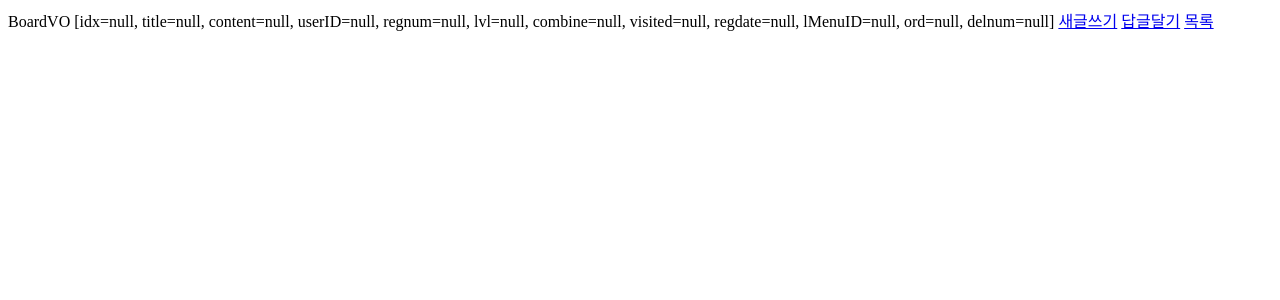
Repository: SniperDitto/save
Page: http://localhost/Boards0425/02_client/04_boards/content.jsp
These files come from the project's save history. The page is drawn as it stood at one moment and after a run of saves; the edit follows.
The browser window is 1280 px wide. The pictures show the whole page.
The page is served by Tomcat 9.

Above is the page before, as saved 2022-05-13 00:31:56.

After the next 2 saves:
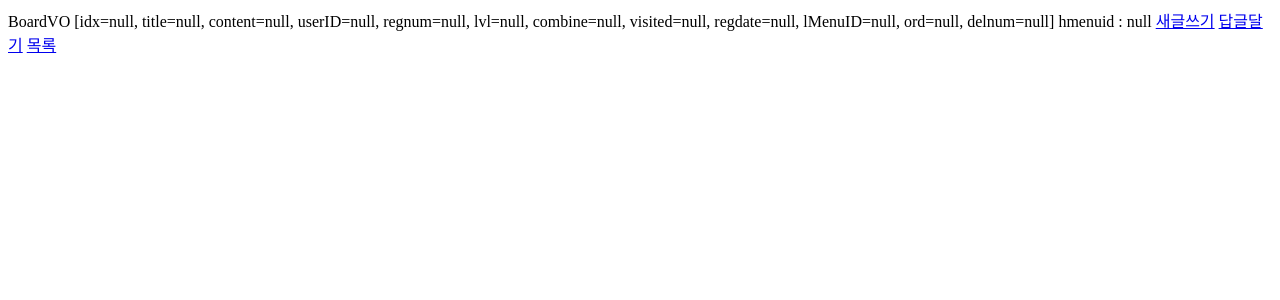
The 2 saves are shown as one change because they came seconds apart.
The last was saved 27 s later.
--- a/2022JAVA_YSH 1/JAVA/Web/Boards0425/WebContent/02_client/04_boards/content.jsp
+++ b/2022JAVA_YSH 1/JAVA/Web/Boards0425/WebContent/02_client/04_boards/content.jsp
@@ -8,7 +8,7 @@
 <head>
 <%
 	String hMenuID = request.getParameter("hMenuID");
-	out.println(vo.toString());
+	out.println(vo.toString() + " hmenuid : "+hMenuID);
 
 
 %>
